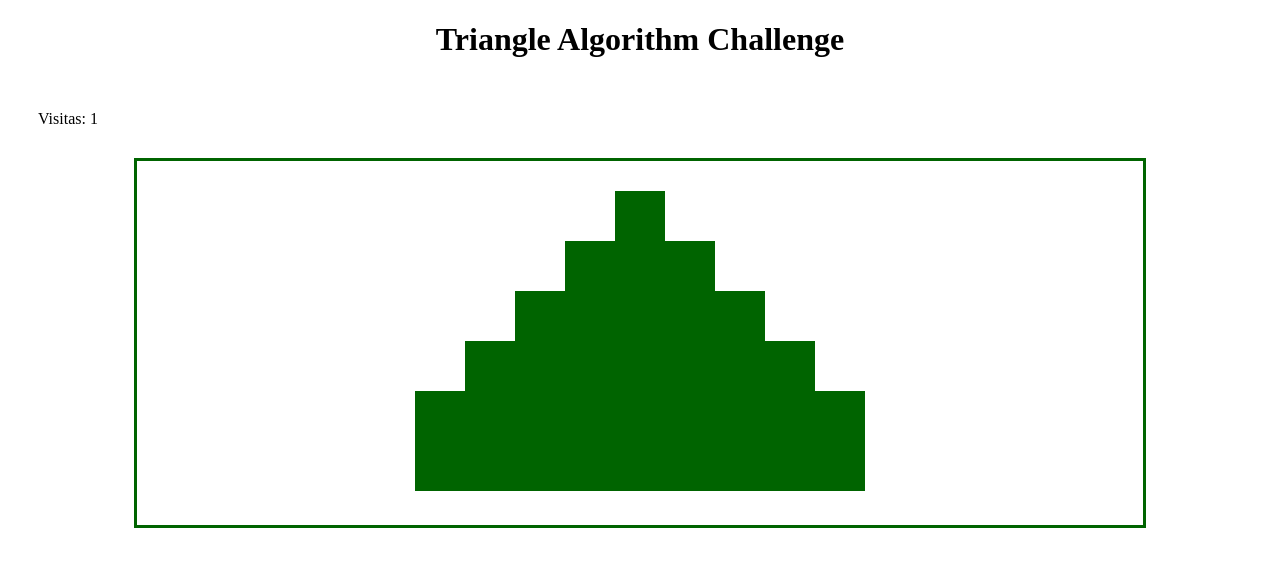
Repository: Hugobrr/trybe-exercises
Page: exercises/5_bloco/exercise-end-block5/index.html
An editor plug-in stored every save of this project. The page is shown before and after the next save, followed by the edit.
The browser window is 1280 px wide. The pictures show the whole page.

Above is the page before, as saved 2020-11-05 17:43:29.

### exercises/5_bloco/exercise-end-block5/index.html
<!DOCTYPE html>
<html lang="pt-br">
<head>
  <meta charset="UTF-8">
  <meta name="viewport" content="width=device-width, initial-scale=1.0">
  <title>Triangle</title>
  <link rel="stylesheet" type="text/css" href="style.css">
  <script type="text/javascript" src="script.js"></script>
</head>
<body>
  <header>
    <h1>Triangle Algorithm Challenge</h1>
  </header>
  <div class="visit">Visitas: <span id="count"></span></div>
  <div class="container center">
    <div class="triangle">
      <!-- Cada uma dessas divs representa uma das 5 linhas da piramide -->
      <div class="line"></div>
      <div class="line"></div>
      <div class="line"></div>
      <div class="line"></div>
      <div class="line"></div>
      <div class="line"></div>
    </div>
  </div>
</body>
</html>

### exercises/5_bloco/exercise-end-block5/style.css
h1 {
  text-align: center;
}

.container {
  border: 3px solid darkgreen;
  box-sizing: border-box;
  padding: 30px;
  width: 80%;
  text-align: center;
}

.center {
  margin-left: auto;
  margin-right: auto;
}

.triangle {
  display: inline-block;
}

.line {
  width: 450px;
  height: 50px;
}

.box {
  width: 50px;
  height: 50px;
  background-color: darkgreen;
  display: inline-block;
  background: darkgreen;
}

.box-empty {
  width: 50px;
  height: 50px;
  background-color: white;
  display: inline-block;
}

.visit {
  padding: 30px;
}

### exercises/5_bloco/exercise-end-block5/script.js
window.onload = function() {
  let basePyramid = 9;
  let numberOfLines = (basePyramid + 1) / 2; // 5
  let controlLeft = numberOfLines; // 5
  let controlRight = numberOfLines; // 5
  let lines = document.querySelectorAll(".line");

  updateVisit();

  fillTriangle(lines);

  // Atualiza a quantidade de visitar no site, utilizando o LocalStorage
  function updateVisit() {
    if (typeof (Storage) != "undefined") {
      if(localStorage.count !== undefined) {
        let count = parseInt(localStorage.count);
        count+=1;
        localStorage.count = count;
        document.getElementById("count").innerHTML = count;
      } else {
        localStorage.count = 1;
        document.getElementById("count").innerHTML = 1;
      }
    } else {
      document.write("Sem suporte para Web Storage");
    }
  }

  // Passa por todos as linhas (div com class line) e preenche o triangulo
  function fillTriangle(lines) {
    for(let index = 0; index < lines.length; index += 1) {
      fillLine(lines[index]);
      controlRight += 1;
      controlLeft -= 1;
    }
  }

  // Cria uma caixa com base nas diferentes classes
  function createBox(className) {
    let box = document.createElement("div");
    box.className = className;
    return box;
  }

  // Preenche uma linha
  function fillLine(divLine) {
    for (let lineColumn = 1; lineColumn <= basePyramid; lineColumn += 1) {
      if(lineColumn >= controlLeft && lineColumn <= controlRight) {
        let box = createBox("box");
        divLine.appendChild(box);
      } else {
        divLine.appendChild(createBox("box-empty"));
      }
    }
  }
}

After the next save:
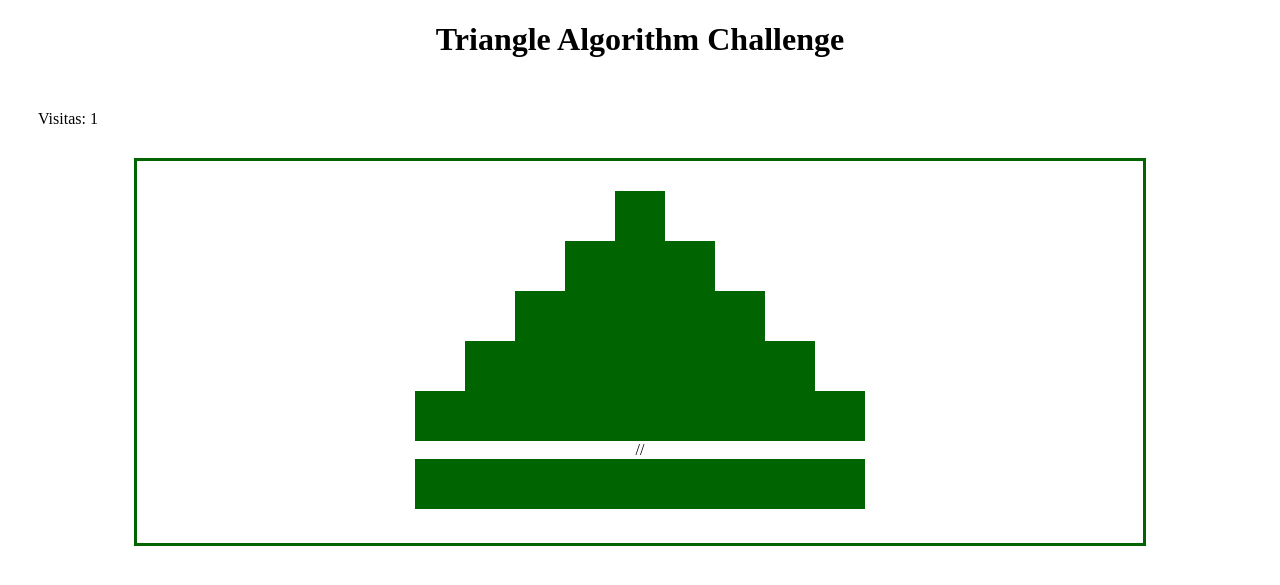
Saved 28 s later.
--- a/exercises/5_bloco/exercise-end-block5/index.html
+++ b/exercises/5_bloco/exercise-end-block5/index.html
@@ -20,7 +20,7 @@
       <div class="line"></div>
       <div class="line"></div>
       <div class="line"></div>
-      <div class="line"></div>
+     // <div class="line"></div>
     </div>
   </div>
 </body>
